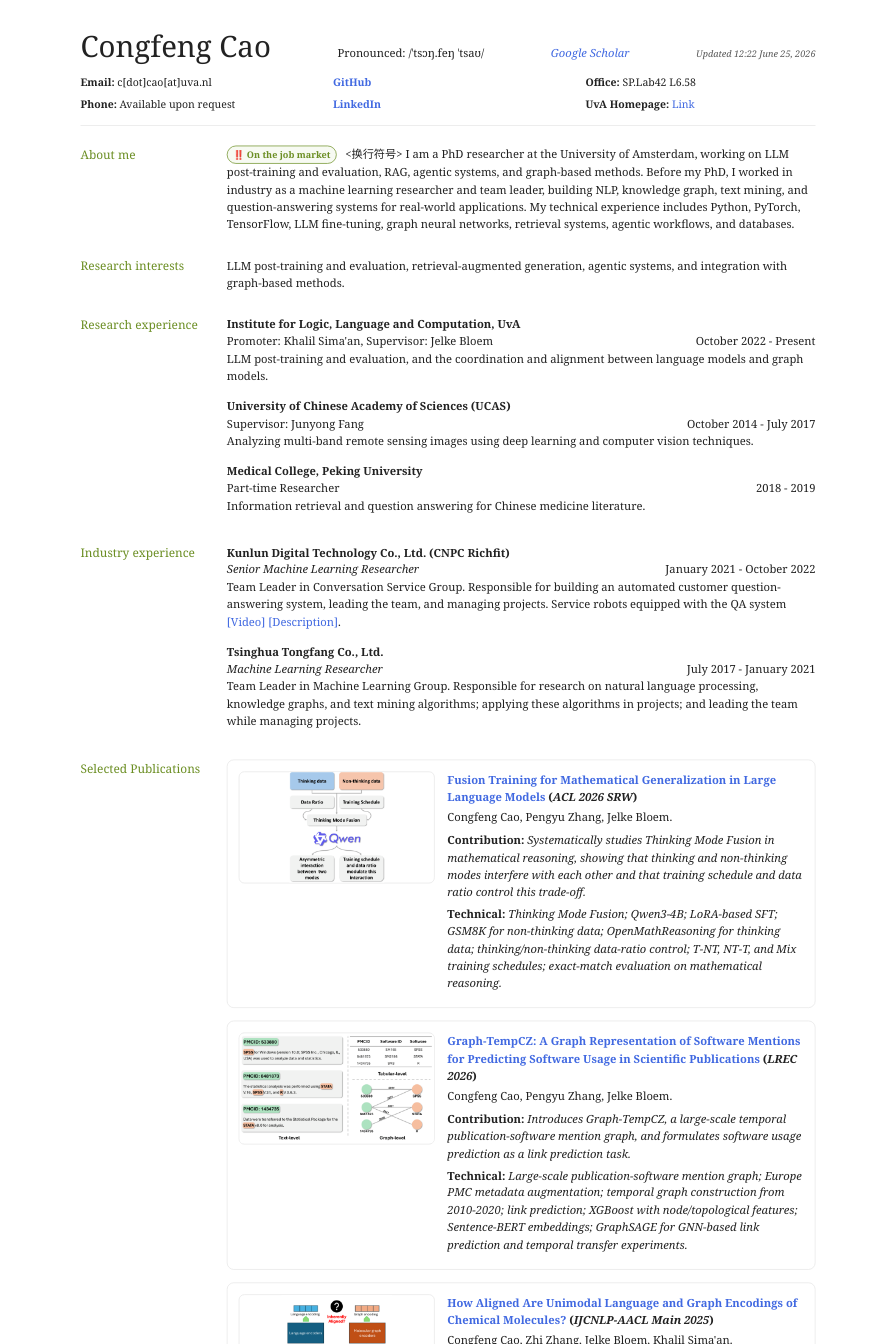
Repository: caocongfeng/caocongfeng.github.io
Page: index.html
The author's editor kept a copy of each file at every save. The page is drawn from the files as they stood at one save, then again after the next save.
The browser window is 1280 px wide. The pictures show the part of the page from y = 0 to 1920 px (the page is 4727 px tall), at 70% of full size.

Above is the page before, as saved 2026-06-25 13:07:13.

After the next save:
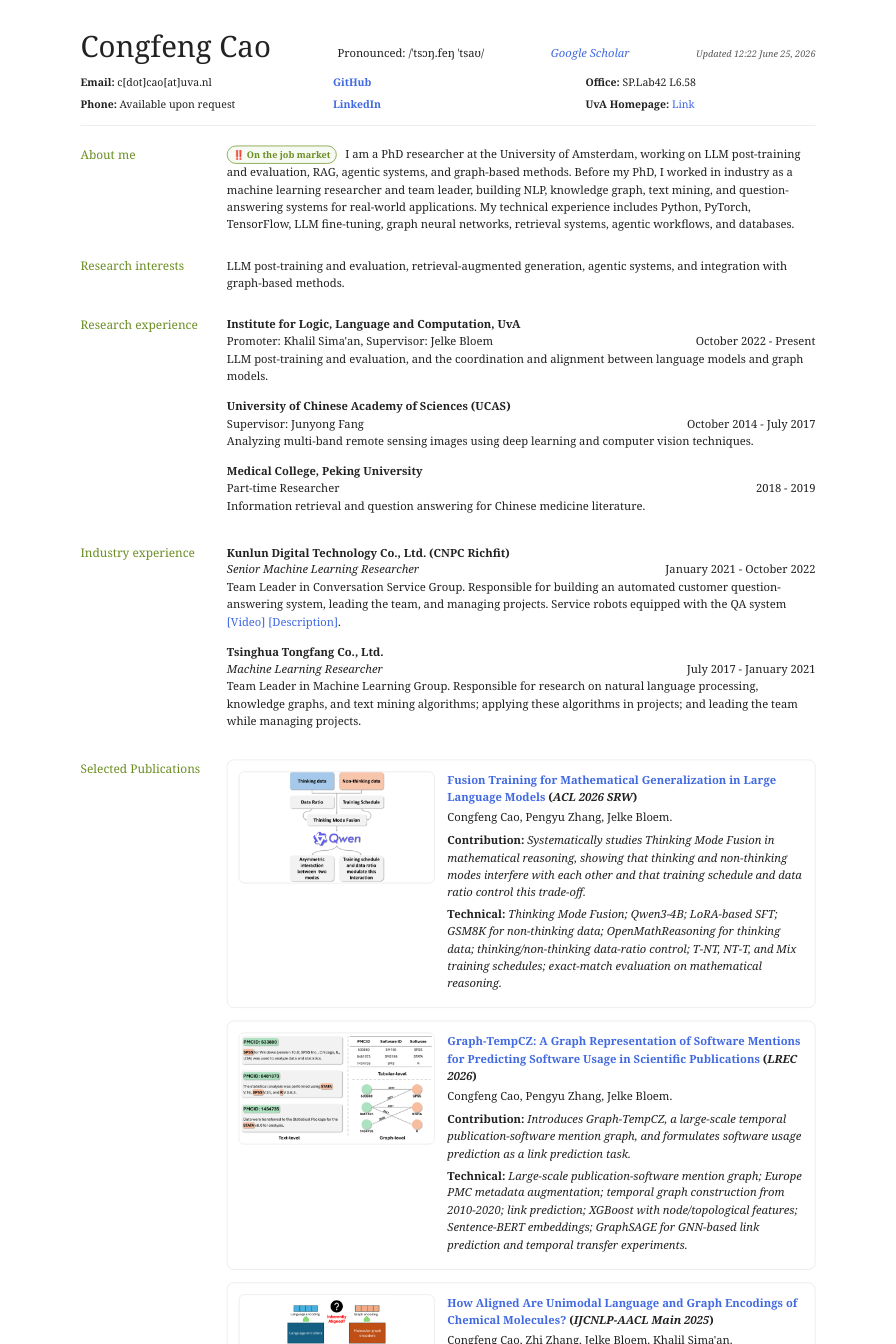
Saved 4 s later.
--- a/index.html
+++ b/index.html
@@ -347,7 +347,7 @@
       <div class="section-title">About me</div>
       <div class="section-content">
         <p>
-          <span class="job-market-badge">‼️ On the job market</span> <换行符号>
+          <span class="job-market-badge">‼️ On the job market</span>
 
           I am a PhD researcher at the University of Amsterdam, working on LLM post-training and evaluation, RAG, agentic systems, and graph-based methods. Before my PhD, I worked in industry as a machine learning researcher and team leader, building NLP, knowledge graph, text mining, and question-answering systems for real-world applications. My technical experience includes Python, PyTorch, TensorFlow, LLM fine-tuning, graph neural networks, retrieval systems, agentic workflows, and databases.</p>
       </div>
